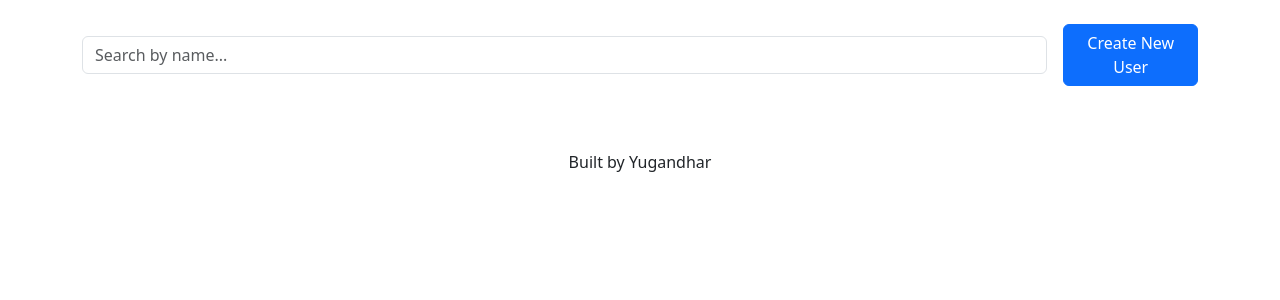
Repository: yugandhar-2003/user_Management_fullstack
Page: / (app in frontend/)
These files come from the project's save history. The page is drawn as it stood at one moment and after the next save; the edit follows.
The browser window is 1280 px wide. The pictures show the whole page.
The page's requests for data from a server got no answer. The project was rebuilt for these pictures with package versions that can differ from the ones it lists, and the page was loaded fresh each time. No one was signed in, and anything a server would have sent is missing. Also part of the build but not shown: frontend/src/components/UserCard.jsx, frontend/src/pages/CreateUserModal.jsx, frontend/src/components/UserDetails.jsx.

Above is the page before, as saved 2025-09-14 08:13:06.

After the next save:
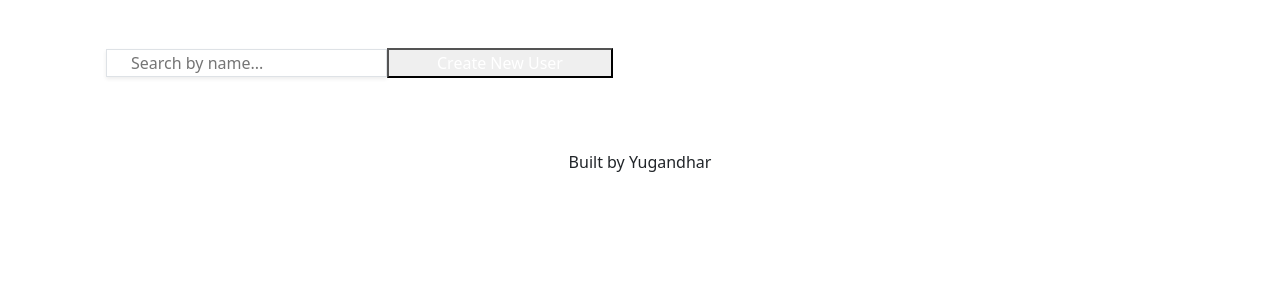
Saved 6 min 35 s later.
--- a/frontend/src/pages/Dashboard.jsx
+++ b/frontend/src/pages/Dashboard.jsx
@@ -3,35 +3,53 @@
 import UserCard from '../components/UserCard'
 import CreateUserModal from './CreateUserModal'
 
-export default function Dashboard(){
+export default function Dashboard() {
   const { users, loading } = useUsers()
   const [query, setQuery] = useState('')
   const [showCreate, setShowCreate] = useState(false)
 
-  const filtered = useMemo(()=>{
+  const filtered = useMemo(() => {
     const q = query.trim().toLowerCase()
-    if(!q) return users
-    return users.filter(u=>u.name.toLowerCase().includes(q))
+    if (!q) return users
+    return users.filter(u => u.name.toLowerCase().includes(q))
   }, [users, query])
 
   return (
-    <div>
-      <div className="d-flex gap-2 mb-3 flex-column flex-md-row align-items-start align-items-md-center">
-        <input className="form-control me-2" placeholder="Search by name..." value={query} onChange={e=>setQuery(e.target.value)} />
-        <button className="btn btn-primary ms-auto" onClick={()=>setShowCreate(true)}>Create New User</button>
+    <div className="bg-slate-50 min-h-screen p-4 sm:p-6 lg:p-8">
+      <div className="max-w-7xl mx-auto">
+        {/* Header: Search and Create Button */}
+        <div className="mb-8 flex flex-col md:flex-row items-center justify-between gap-4">
+          <input
+            className="w-full md:w-1/3 bg-white border border-slate-300 text-slate-900 rounded-lg shadow-sm placeholder-slate-400 focus:outline-none focus:ring-2 focus:ring-blue-500 focus:border-blue-500 px-4 py-2.5 transition duration-200"
+            placeholder="Search by name..."
+            value={query}
+            onChange={e => setQuery(e.target.value)}
+          />
+          <button
+            className="w-full md:w-auto bg-blue-600 text-white font-semibold rounded-lg shadow-md hover:bg-blue-700 focus:outline-none focus:ring-2 focus:ring-blue-500 focus:ring-opacity-75 px-5 py-2.5 transition-all duration-200 ease-in-out hover:scale-105"
+            onClick={() => setShowCreate(true)}
+          >
+            Create New User
+          </button>
+        </div>
+
+        {/* Users Grid or Loading State */}
+        {loading ? (
+          <div className="text-center text-slate-500 font-semibold text-xl mt-16">
+            Loading users...
+          </div>
+        ) : (
+          <div className="grid grid-cols-1 sm:grid-cols-2 lg:grid-cols-3 xl:grid-cols-4 gap-6">
+            {filtered.map(user => (
+              // The key should be on the outermost element in the map
+              <UserCard key={user.id} user={user} />
+            ))}
+          </div>
+        )}
+
+        {/* Modal */}
+        {showCreate && <CreateUserModal onClose={() => setShowCreate(false)} />}
       </div>
-
-      {loading ? <div>Loading users...</div> : (
-        <div className="row">
-          {filtered.map(user=> (
-            <div key={user.id} className="col-12 col-sm-6 col-lg-4 mb-3">
-              <UserCard user={user} />
-            </div>
-          ))}
-        </div>
-      )}
-
-      {showCreate && <CreateUserModal onClose={()=>setShowCreate(false)} />}
     </div>
   )
 }

After the 2 saves that followed:
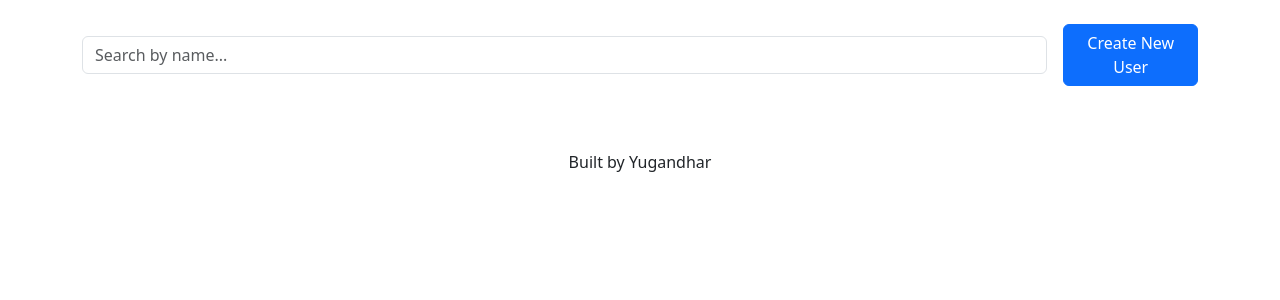
The 2 saves are shown as one change because 1 left the picture as it was.
The last was saved 103 s later.
--- a/frontend/src/pages/Dashboard.jsx
+++ b/frontend/src/pages/Dashboard.jsx
@@ -3,53 +3,35 @@
 import UserCard from '../components/UserCard'
 import CreateUserModal from './CreateUserModal'
 
-export default function Dashboard() {
+export default function Dashboard(){
   const { users, loading } = useUsers()
   const [query, setQuery] = useState('')
   const [showCreate, setShowCreate] = useState(false)
 
-  const filtered = useMemo(() => {
+  const filtered = useMemo(()=>{
     const q = query.trim().toLowerCase()
-    if (!q) return users
-    return users.filter(u => u.name.toLowerCase().includes(q))
+    if(!q) return users
+    return users.filter(u=>u.name.toLowerCase().includes(q))
   }, [users, query])
 
   return (
-    <div className="bg-slate-50 min-h-screen p-4 sm:p-6 lg:p-8">
-      <div className="max-w-7xl mx-auto">
-        {/* Header: Search and Create Button */}
-        <div className="mb-8 flex flex-col md:flex-row items-center justify-between gap-4">
-          <input
-            className="w-full md:w-1/3 bg-white border border-slate-300 text-slate-900 rounded-lg shadow-sm placeholder-slate-400 focus:outline-none focus:ring-2 focus:ring-blue-500 focus:border-blue-500 px-4 py-2.5 transition duration-200"
-            placeholder="Search by name..."
-            value={query}
-            onChange={e => setQuery(e.target.value)}
-          />
-          <button
-            className="w-full md:w-auto bg-blue-600 text-white font-semibold rounded-lg shadow-md hover:bg-blue-700 focus:outline-none focus:ring-2 focus:ring-blue-500 focus:ring-opacity-75 px-5 py-2.5 transition-all duration-200 ease-in-out hover:scale-105"
-            onClick={() => setShowCreate(true)}
-          >
-            Create New User
-          </button>
+    <div>
+      <div className="d-flex gap-2 mb-3 flex-column flex-md-row align-items-start align-items-md-center">
+        <input className="form-control me-2" placeholder="Search by name..." value={query} onChange={e=>setQuery(e.target.value)} />
+        <button className="btn btn-primary ms-auto" onClick={()=>setShowCreate(true)}>Create New User</button>
+      </div>
+
+      {loading ? <div>Loading users...</div> : (
+        <div className="row">
+          {filtered.map(user=> (
+            <div key={user.id} className="col-12 col-sm-6 col-lg-4 mb-3">
+              <UserCard user={user} />
+            </div>
+          ))}
         </div>
+      )}
 
-        {/* Users Grid or Loading State */}
-        {loading ? (
-          <div className="text-center text-slate-500 font-semibold text-xl mt-16">
-            Loading users...
-          </div>
-        ) : (
-          <div className="grid grid-cols-1 sm:grid-cols-2 lg:grid-cols-3 xl:grid-cols-4 gap-6">
-            {filtered.map(user => (
-              // The key should be on the outermost element in the map
-              <UserCard key={user.id} user={user} />
-            ))}
-          </div>
-        )}
-
-        {/* Modal */}
-        {showCreate && <CreateUserModal onClose={() => setShowCreate(false)} />}
-      </div>
+      {showCreate && <CreateUserModal onClose={()=>setShowCreate(false)} />}
     </div>
   )
 }
